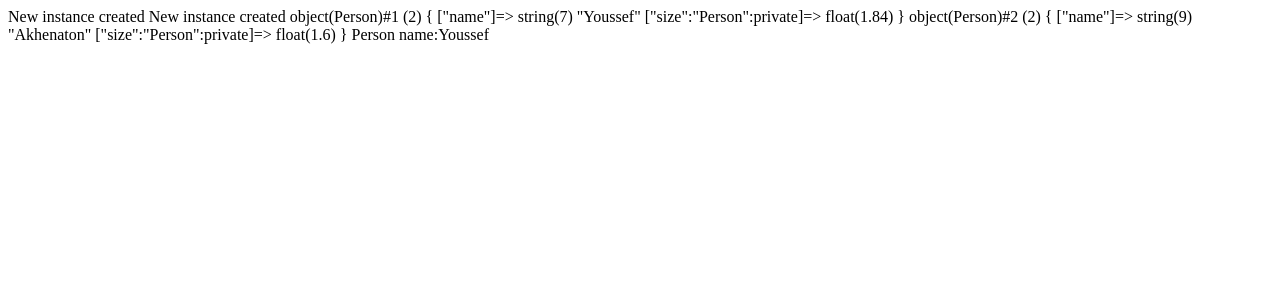
Repository: FS-23/php-getstarted
Page: http://localhost/oop/index.php
An editor plug-in stored every save of this project. The page is shown before and after the next save, followed by the edit.
The browser window is 1280 px wide. The pictures show the whole page.
The page is run by PHP 8.4 with error messages shown; the project is at /var/www/html/.

Above is the page before, as saved 2022-05-30 15:50:53.

After the next save:
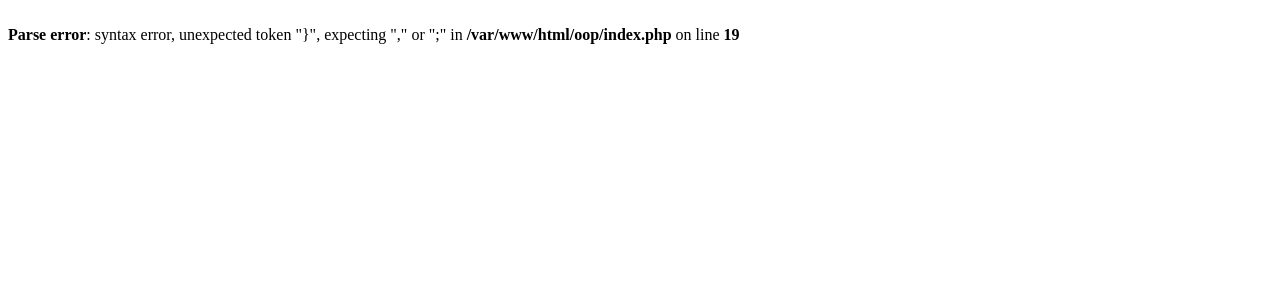
Saved 2 min 43 s later.
--- a/demoAPP/oop/index.php
+++ b/demoAPP/oop/index.php
@@ -11,6 +11,11 @@
 
       function setSize($sizeValue){
           $this -> size = $sizeValue;
+      }
+
+
+      function __destruct(){
+          echo "Instance removed !!!"
       }
   }
 

After the save that followed:
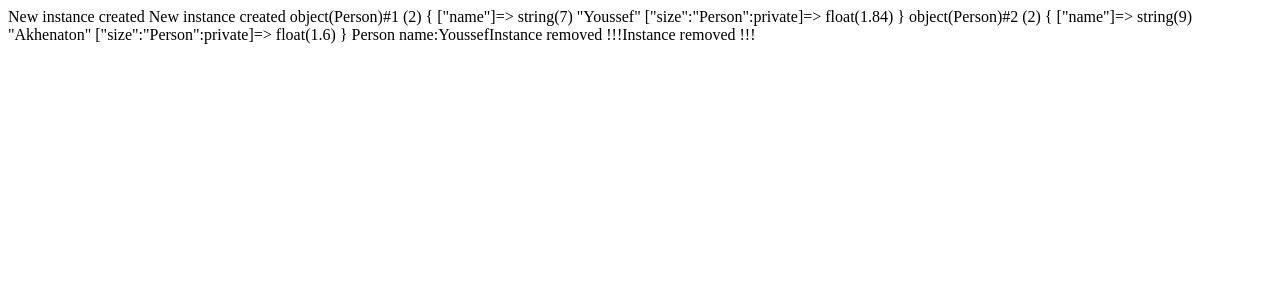
Saved 5 s later.
--- a/demoAPP/oop/index.php
+++ b/demoAPP/oop/index.php
@@ -15,7 +15,7 @@
 
 
       function __destruct(){
-          echo "Instance removed !!!"
+          echo "Instance removed !!!";
       }
   }
 
